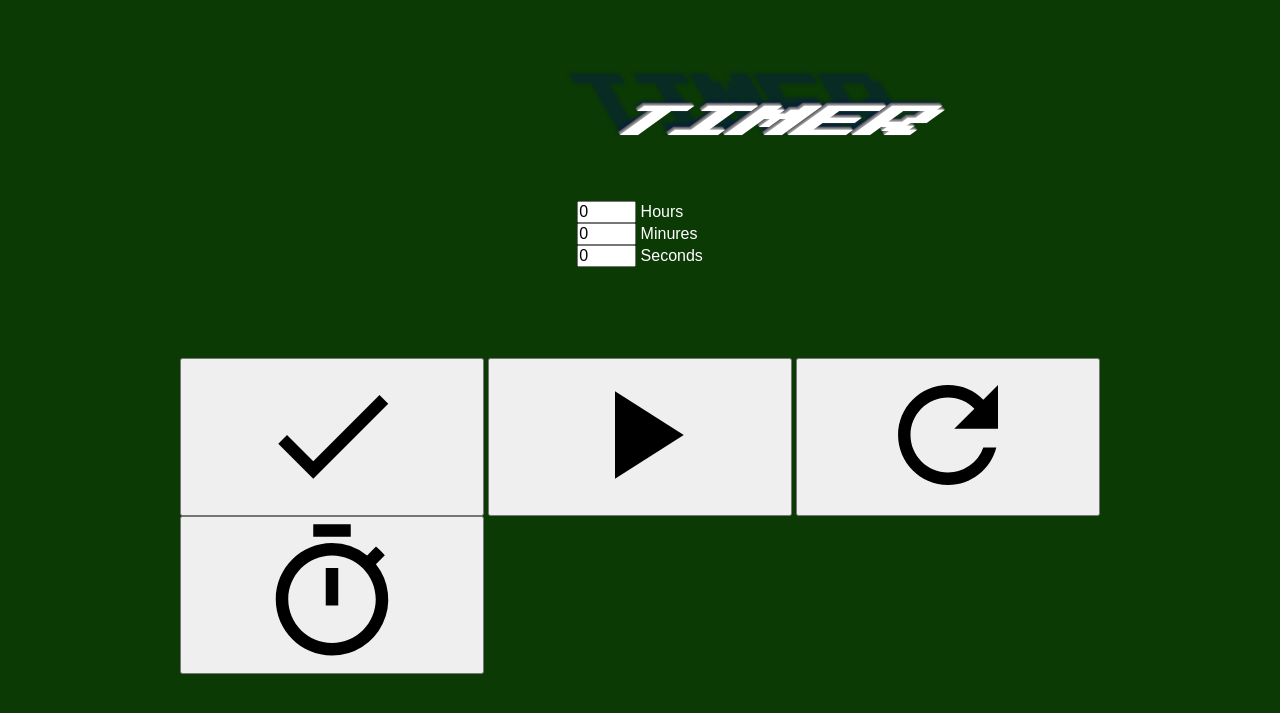
Repository: KrzysKolo/Projekt-12_Timer
Page: index.html
An editor plug-in stored every save of this project. The page is shown before and after the next save, followed by the edit.
The browser window is 1280 px wide. The pictures show the whole page.
Some web fonts or font styles are not loaded; a fallback is used.

Above is the page before, as saved 2020-06-24 20:52:48.

After the next save:
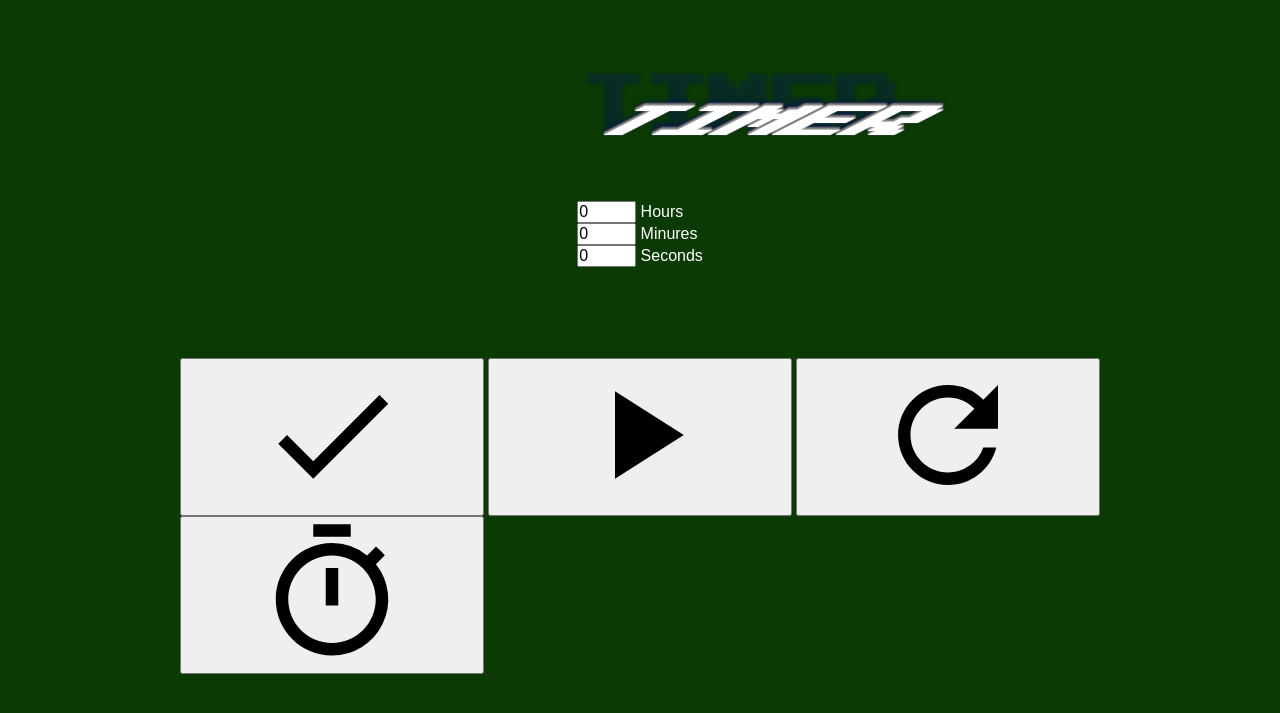
Saved 19 s later.
--- a/css/style.css
+++ b/css/style.css
@@ -33,7 +33,7 @@ body {
   left: 100px;
   color: rgba(0, 0, 0, 0);
 
-  transform: skew(30deg, -0deg);
+  transform: skew(10deg, -deg);
 
   text-shadow: 0 0 3px rgba(0, 0, 128, 0.25);
   z-index: 50;
